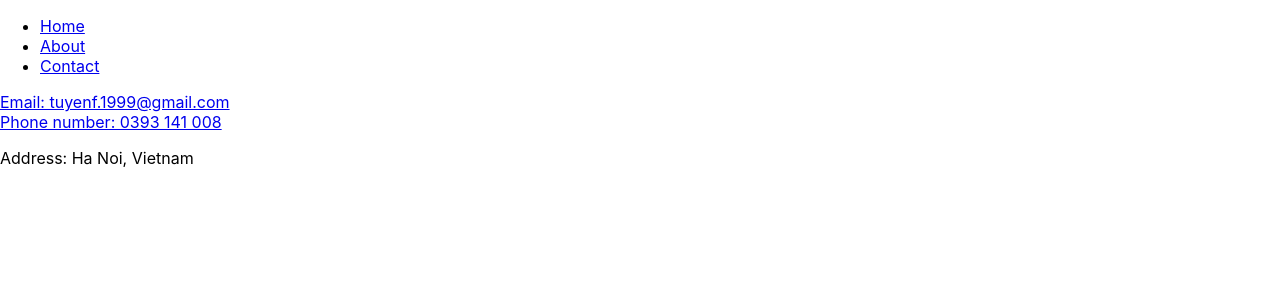
Repository: tuyenf/react-web110
Page: /contact
These files come from the project's save history. The page is drawn as it stood at one moment and after the next save; the edit follows.
The browser window is 1280 px wide. The pictures show the whole page.
The project was rebuilt for these pictures with package versions that can differ from the ones it lists, and the page was loaded fresh each time. Also part of the build but not shown: src/components/Home.jsx, src/components/About.jsx.

Above is the page before, as saved 2021-10-04 09:03:04.

After the next save:
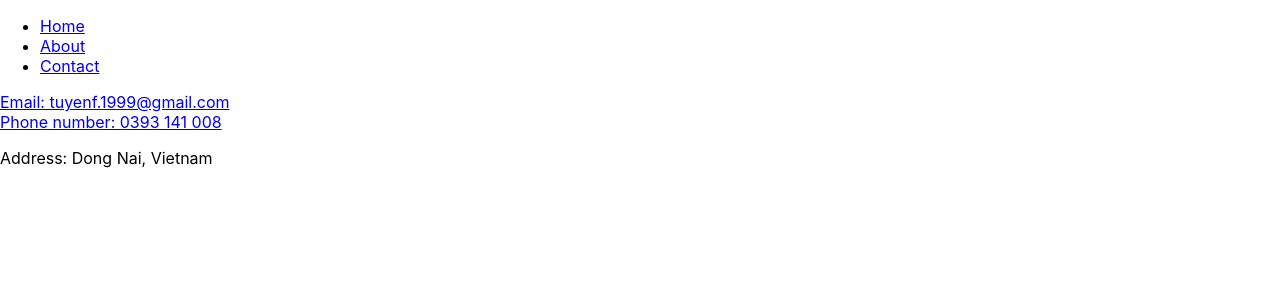
Saved 11 s later.
--- a/src/components/Contact.jsx
+++ b/src/components/Contact.jsx
@@ -13,7 +13,7 @@ function Contact() {
       href="tel">
         Phone number: 0393 141 008
       </a>
-      <p>Address: Ha Noi, Vietnam</p>
+      <p>Address: Dong Nai, Vietnam</p>
     </div>
   )
 }
